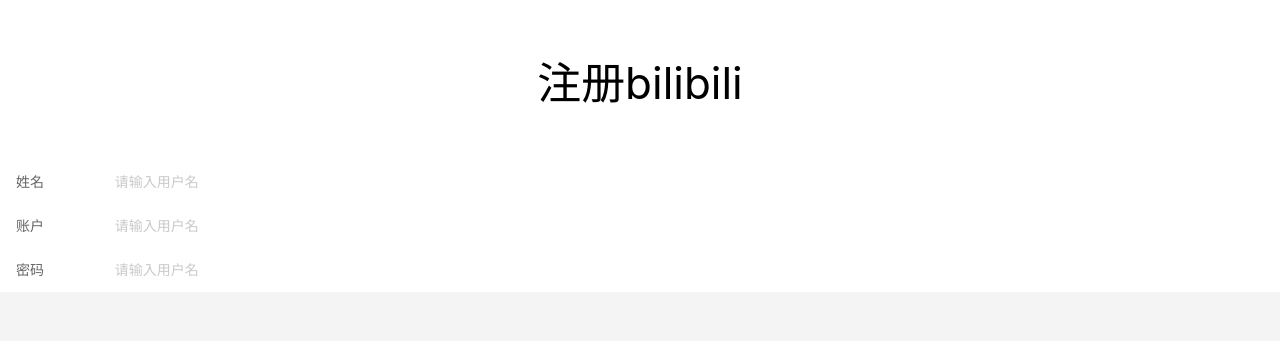
Repository: caiys666/bilibili
Page: /
These files come from the project's save history. The page is drawn as it stood at one moment and after the next save; the edit follows.
The browser window is 1280 px wide. The pictures show the whole page.
The project was rebuilt for these pictures with package versions that can differ from the ones it lists, and the page was loaded fresh each time. Also part of the build but not shown: src/components/HelloWorld.vue, src/views/Home.vue.

Above is the page before, as saved 2020-10-01 18:13:37.

After the next save:
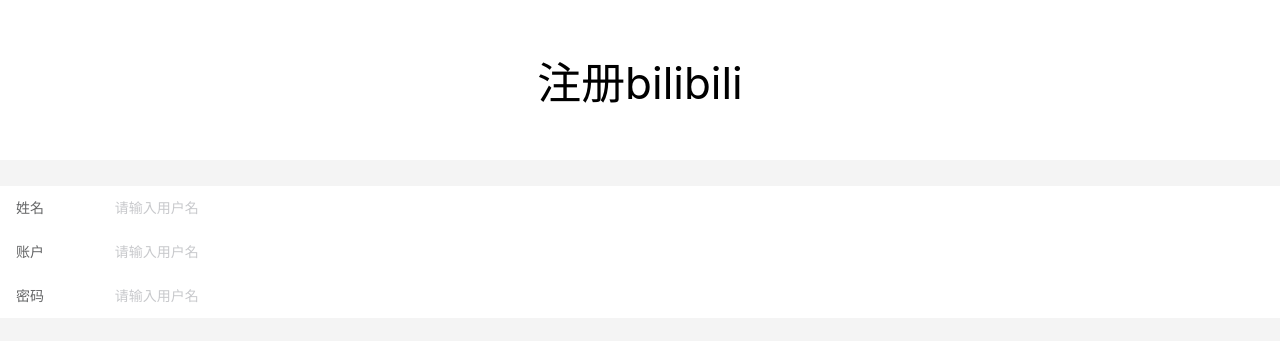
Saved 51 s later.
--- a/src/views/register.vue
+++ b/src/views/register.vue
@@ -1,7 +1,7 @@
 <template>
 <div>
     <login-top middleTop="注册bilibili"></login-top>
-    <login-text label='姓名'></login-text>
+    <login-text style="margin-top:2vw" label='姓名'></login-text>
     <login-text label='账户'></login-text>
     <login-text label='密码'></login-text>
 </div>
